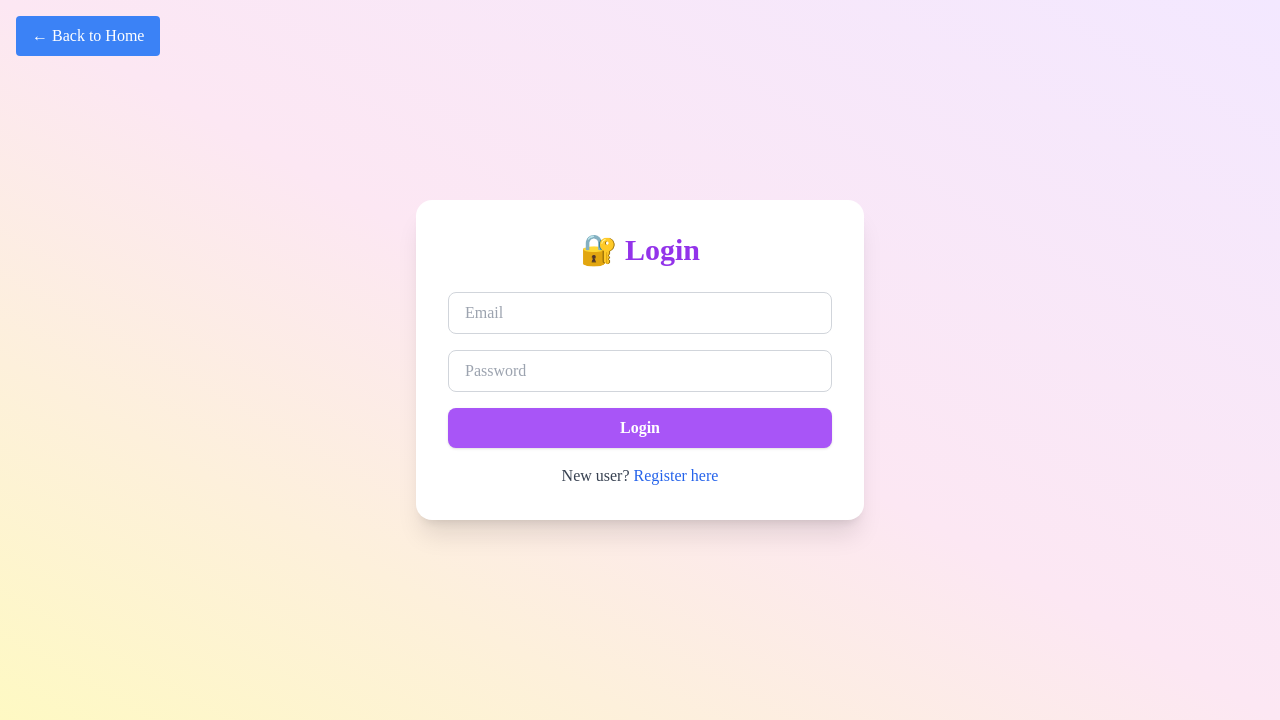
Repository: student-samratojha/ExpenseTrackerApp
Page: http://localhost/login
These files come from the project's save history. The page is drawn as it stood at one moment and after the next save; the edit follows.
The browser window is 1280 px wide. The pictures show the whole page.
Some web libraries are served in a nearby version. The page is served by the project's Node server (app.js).

Above is the page before, as saved 2025-10-15 17:35:06.

After the next save:
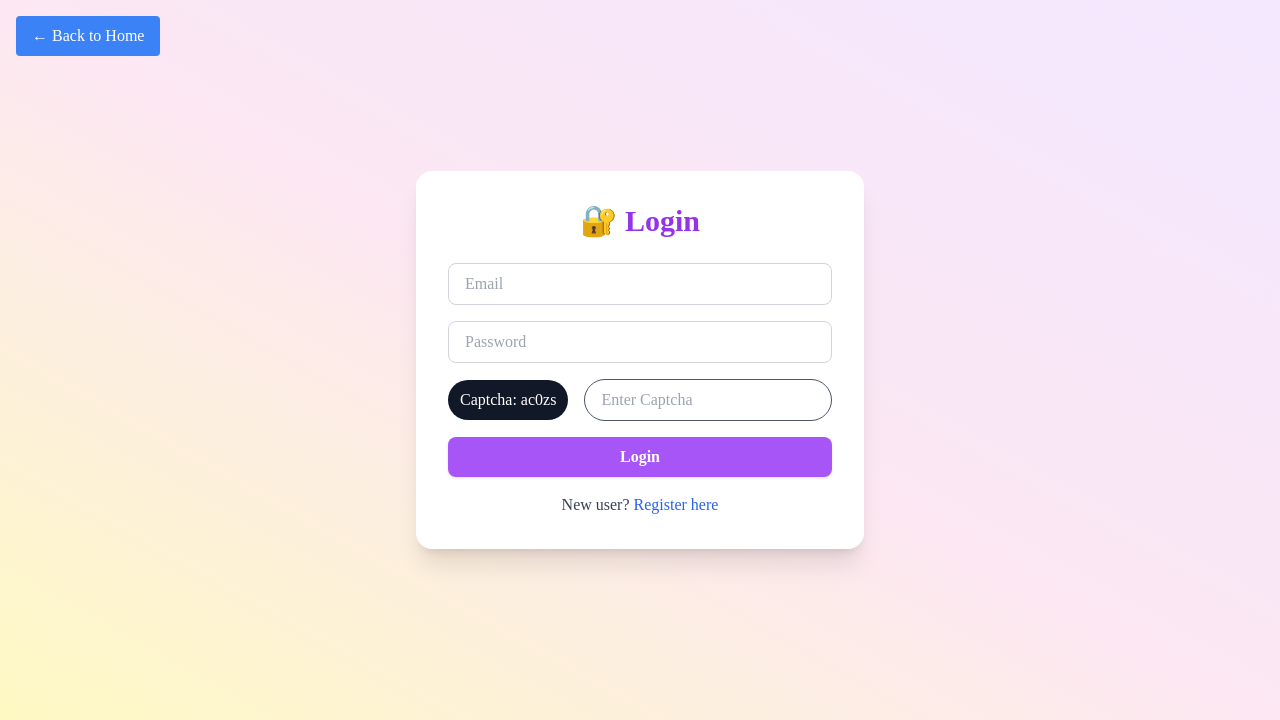
Saved 47 s later.
--- a/views/login.ejs
+++ b/views/login.ejs
@@ -21,7 +21,19 @@
 
         <input type="password" name="password" placeholder="Password" required
           class="w-full px-4 py-2 border border-gray-300 rounded-lg focus:outline-none focus:ring-2 focus:ring-purple-400" />
-
+<!-- Custom captcha -->
+      <div class="flex items-center gap-4 md:col-span-2">
+        <span class="text-white bg-gray-900 px-3 py-2 rounded-full">
+          Captcha: <%= captcha %>
+        </span>
+        <input
+          type="text"
+          name="captchacode"
+          placeholder="Enter Captcha"
+          required
+          class="py-2 px-4 rounded-full border border-gray-600 bg-transparent text-white focus:outline-none focus:ring-2 focus:ring-cyan-400 flex-1"
+        />
+      </div>
         <button type="submit"
           class="w-full bg-purple-500 text-white font-semibold py-2 px-4 rounded-lg shadow hover:bg-purple-600 transition">
           Login
